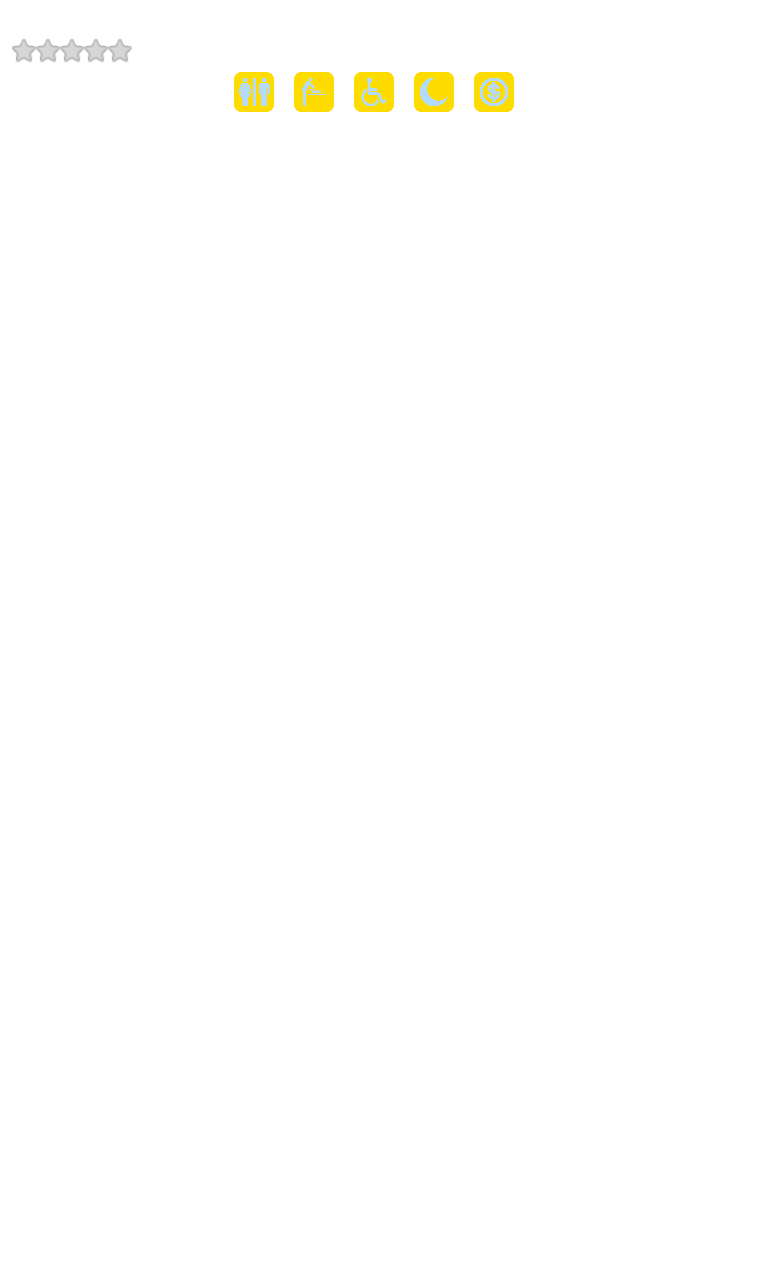
Repository: asocha/toilettalk
Layout: Android/workspace/ToiletTalk/res/layout/google_maps_marker.xml
These files come from the project's save history. The layout is drawn as it stood at one moment and after the next save; the edit follows.
It is drawn on a 768 x 1280 px phone screen (xhdpi) without system bars, with theme AppTheme; the app's code is not run.

Above is the layout before, as saved 2013-04-28 21:46:27.

### Android/workspace/ToiletTalk/res/layout/google_maps_marker.xml
<?xml version="1.0" encoding="utf-8"?>
<RelativeLayout xmlns:android="http://schemas.android.com/apk/res/android"
	android:layout_width="wrap_content"
	android:layout_height="wrap_content"
	android:orientation="horizontal">



	<LinearLayout
	    android:id="@+id/marker_content"
		android:layout_width="wrap_content"
		android:layout_height="wrap_content"
		android:paddingLeft="6dp"
		android:orientation="vertical">

		<TextView
			android:id="@+id/marker_title"
			android:layout_width="wrap_content"
			android:layout_height="wrap_content"
			android:textAppearance="?android:attr/textAppearanceSmall"/>

		<RatingBar
		    android:id="@+id/marking_rating"
		    android:layout_width="wrap_content"
		    android:layout_height="wrap_content"
		    style="?android:attr/ratingBarStyleSmall" />
	</LinearLayout>

	<TextView
		android:id="@+id/marker_address"
		android:layout_width="wrap_content"
		android:layout_height="wrap_content"
		android:layout_below="@id/view_icons"
		android:textAppearance="?android:attr/textAppearanceSmall"/>

	<LinearLayout
        android:id="@+id/view_icons"
        android:layout_width="wrap_content"
        android:layout_marginTop="3dp"
        android:layout_height="@dimen/icons_size"
        android:layout_below="@+id/marker_content"
        android:layout_centerHorizontal="true" >

        <ToggleButton
            android:id="@+id/button_unisex"
            android:layout_marginRight="10dp"
            android:layout_width="@dimen/icons_size"
            android:layout_height="fill_parent"
            android:background="@drawable/button_unisex"
            android:textOn=""
            android:textOff="" />

        <ToggleButton
            android:id="@+id/button_babystation"
            android:layout_marginRight="10dp"
            android:layout_width="@dimen/icons_size"
            android:layout_height="fill_parent"
            android:background="@drawable/button_baby_station"
            android:textOn=""
            android:textOff="" />

        <ToggleButton
            android:id="@+id/button_handicap"
            android:layout_marginRight="10dp"
            android:layout_width="@dimen/icons_size"
            android:layout_height="fill_parent"
            android:background="@drawable/button_handicap"
            android:textOn=""
            android:textOff="" />

        <ToggleButton
            android:id="@+id/button_24hours"
            android:layout_marginRight="10dp"
            android:layout_width="@dimen/icons_size"
            android:layout_height="fill_parent"
            android:background="@drawable/button_24hours"
            android:textOn=""
            android:textOff="" />

        <ToggleButton
            android:id="@+id/button_money"
            android:layout_marginRight="10dp"
            android:layout_width="@dimen/icons_size"
            android:layout_height="fill_parent"
            android:background="@drawable/button_money"
            android:textOn=""
            android:textOff="" />
    </LinearLayout>

	<ImageView
		android:id="@+id/marker_image"
		android:layout_width="40dp"
		android:layout_height="40dp"
		android:contentDescription="@string/restroom_image"/>
</RelativeLayout>

### Android/workspace/ToiletTalk/res/values/styles.xml
<resources xmlns:android="http://schemas.android.com/apk/res/android">

    <!--
        Base application theme, dependent on API level. This theme is replaced
        by AppBaseTheme from res/values-vXX/styles.xml on newer devices.
    -->
    <style name="AppBaseTheme" parent="android:Theme.Light">
        <!--
            Theme customizations available in newer API levels can go in
            res/values-vXX/styles.xml, while customizations related to
            backward-compatibility can go here.
        -->
    </style>

    <!-- Application theme. -->
    <style name="AppTheme" parent="android:Theme.Light.NoTitleBar">
        <!-- All customizations that are NOT specific to a particular API-level can go here. -->
    </style>

   	<style name="Theme.Main" parent="android:Theme.Holo.Light">
   	    <item name="android:windowContentOverlay">@null</item>
	</style>

   	<style name="EditText.InputStyle" parent="android:Widget.EditText">
   	   	<item name="android:ems">10</item>
   	   	<item name="android:layout_marginBottom">@dimen/margin_textinputs</item>
   	   	<item name="android:layout_marginTop">@dimen/margin_textinputs</item>
   	</style>

   	<style name="customRatingBar" parent="@android:style/Widget.RatingBar">
        <item name="android:progressDrawable">@drawable/custom_rating_bar_full</item>
        <item name="android:minHeight">1dp</item>
        <item name="android:maxHeight">1dp</item>
    </style>

</resources>

### Android/workspace/ToiletTalk/res/values/dimens.xml
<resources>
    <!-- Default screen margins, per the Android Design guidelines. -->
    <dimen name="activity_horizontal_margin">16dp</dimen>
    <dimen name="activity_vertical_margin">16dp</dimen>
    <dimen name="margin_drawable_shape_interior_padding">2dp</dimen>
    <dimen name="height_button_login_bottom">55dp</dimen>
    <dimen name="margin_header_alt_logo">45dp</dimen>
    <dimen name="margin_textinputs">2dp</dimen>
    <dimen name="width_page_container">250dp</dimen>
    <dimen name="textSize_buttons_login">20sp</dimen>
    <dimen name="textSize_buttons_login_bottom">20dp</dimen>
	<dimen name="width_login_buttons">115dp</dimen>
	<dimen name="margin_top_login_buttons">10dp</dimen>
	<dimen name="margin_imagebutton">8dp</dimen>
	<dimen name="padding_imagebutton">13dp</dimen>
	<dimen name="padding_menubutton_topbottom">6dp</dimen>
	<dimen name="padding_menubutton_sides">10dp</dimen>
	<dimen name="icons_size">20dp</dimen>
</resources>

### Android/workspace/ToiletTalk/res/drawable/button_unisex.xml
<?xml version="1.0" encoding="utf-8"?>
<selector xmlns:android="http://schemas.android.com/apk/res/android">
    <item android:drawable="@drawable/icon_unisex_selected" android:state_checked="true" android:state_pressed="true"/>
    <item android:drawable="@drawable/icon_unisex_selected" android:state_pressed="true"/>
    <item android:drawable="@drawable/icon_unisex_selected" android:state_checked="true" />
    <item android:drawable="@drawable/icon_unisex_unselected"/>
</selector>

### Android/workspace/ToiletTalk/res/drawable/button_baby_station.xml
<?xml version="1.0" encoding="utf-8"?>
<selector xmlns:android="http://schemas.android.com/apk/res/android">
    <item android:drawable="@drawable/icon_baby_station_selected" android:state_checked="true" android:state_pressed="true"/>
    <item android:drawable="@drawable/icon_baby_station_selected" android:state_pressed="true"/>
    <item android:drawable="@drawable/icon_baby_station_selected" android:state_checked="true" />
    <item android:drawable="@drawable/icon_baby_station_unselected"/>
</selector>

### Android/workspace/ToiletTalk/res/drawable/button_handicap.xml
<?xml version="1.0" encoding="utf-8"?>
<selector xmlns:android="http://schemas.android.com/apk/res/android">
    <item android:drawable="@drawable/icon_handicap_selected" android:state_checked="true" android:state_pressed="true"/>
    <item android:drawable="@drawable/icon_handicap_selected" android:state_pressed="true"/>
    <item android:drawable="@drawable/icon_handicap_selected" android:state_checked="true" />
    <item android:drawable="@drawable/icon_handicap_unselected"/>
</selector>

### Android/workspace/ToiletTalk/res/drawable/button_24hours.xml
<?xml version="1.0" encoding="utf-8"?>
<selector xmlns:android="http://schemas.android.com/apk/res/android">
    <item android:drawable="@drawable/icon_24hours_selected" android:state_checked="true" android:state_pressed="true"/>
    <item android:drawable="@drawable/icon_24hours_selected" android:state_pressed="true"/>
    <item android:drawable="@drawable/icon_24hours_selected" android:state_checked="true" />
    <item android:drawable="@drawable/icon_24hours_unselected"/>
</selector>

### Android/workspace/ToiletTalk/res/drawable/button_money.xml
<?xml version="1.0" encoding="utf-8"?>
<selector xmlns:android="http://schemas.android.com/apk/res/android">
    <item android:drawable="@drawable/icon_money_selected" android:state_checked="true" android:state_pressed="true"/>
    <item android:drawable="@drawable/icon_money_selected" android:state_pressed="true"/>
    <item android:drawable="@drawable/icon_money_selected" android:state_checked="true" />
    <item android:drawable="@drawable/icon_money_unselected"/>
</selector>

### Android/workspace/ToiletTalk/res/values/strings.xml
<?xml version="1.0" encoding="utf-8"?>
<resources>

    <string name="app_name">ToiletTalk</string>
    <string name="action_settings">Settings</string>
    <string name="hello_world">Hello world!</string>
    <string name="register">Register</string>
    <string name="login">Login</string>
    <string name="continue_guest">Continue as guest</string>
	<string name="uname_hint">Username</string>
	<string name="pass_hint">Password</string>
	<string name="email">Email Address</string>
	<string name="gender">Gender</string>
	<string name="reg_submit">Sign me up!</string>
	<string name="logo_description">Toilet Talk</string>
	<string name="error_login">Invalid username/password combination</string>
	<string name="error_reg">Registration Failed. Please check imput.</string>
	<string name="error_generic">Submittion failed due to network error.</string>
	<string name="error_continue">Return</string>
	<string name="first_name">First Name</string>
	<string name="last_name">Last Name</string>
	<string name="button_reset_map">Reset Map</string>
	<string name="button_text_compose_review">Compose</string>
	<string name="button_menu">Menu</string>
	<string name="button_review">Submit</string>
	<string name="location_name">Location Name</string>
	<string name="restroom_image">Restroom Image</string>
	<string name="image_instructions">Tap on the above thumbnail to attach a new image</string>
	<string name="expand">Expand</string>
</resources>

After the next save:
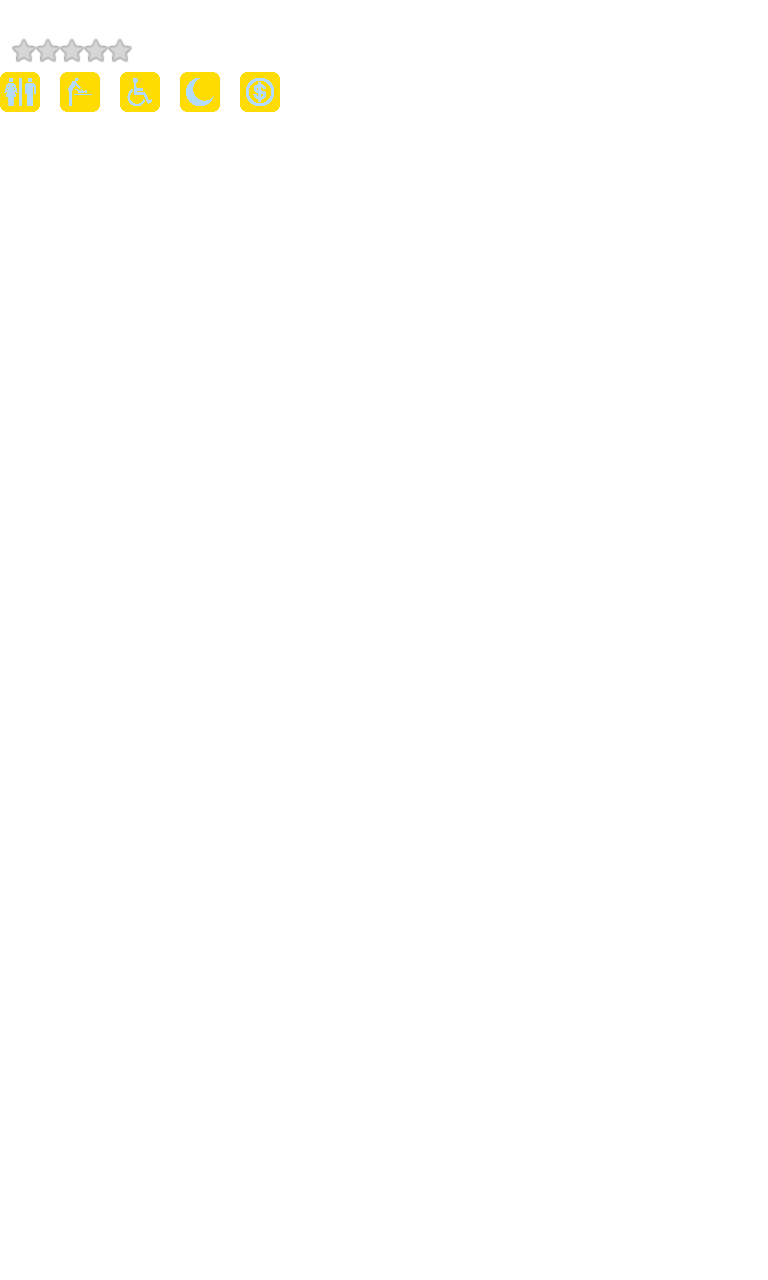
Saved 74 s later.
--- a/Android/workspace/ToiletTalk/res/layout/google_maps_marker.xml
+++ b/Android/workspace/ToiletTalk/res/layout/google_maps_marker.xml
@@ -38,8 +38,7 @@
         android:layout_width="wrap_content"
         android:layout_marginTop="3dp"
         android:layout_height="@dimen/icons_size"
-        android:layout_below="@+id/marker_content"
-        android:layout_centerHorizontal="true" >
+        android:layout_below="@+id/marker_content" >
 
         <ToggleButton
             android:id="@+id/button_unisex"
